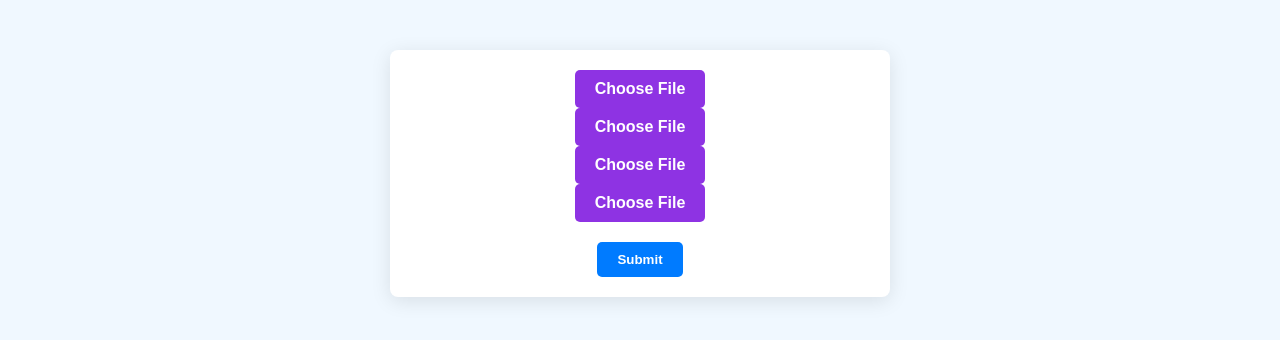
Repository: Muskan1Kumari4draw/React-app-with-concept
Page: /
The author's editor kept a copy of each file at every save. The page is drawn from the files as they stood at one save, then again after the next save.
The browser window is 1280 px wide. The pictures show the whole page.
The project was rebuilt for these pictures with package versions that can differ from the ones it lists, and the page was loaded fresh each time.

Above is the page before, as saved 2024-10-22 11:43:29.

After the next save:
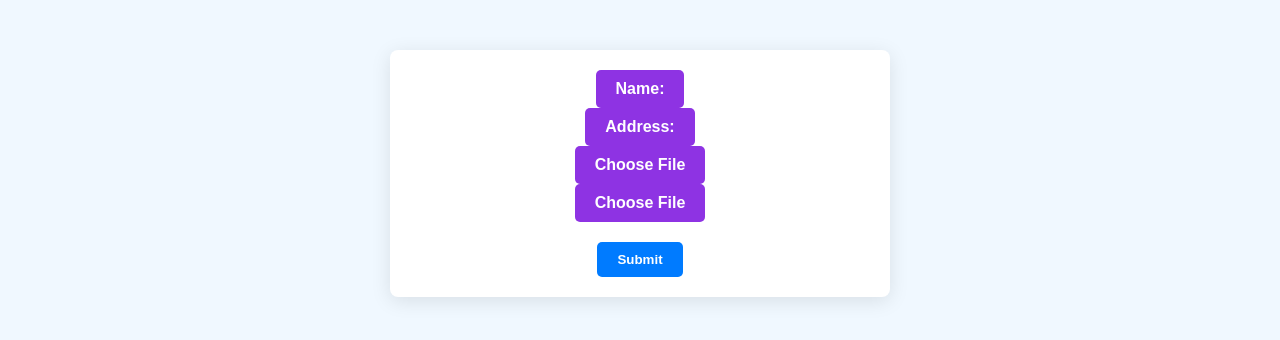
Saved 32 s later.
--- a/src/component/File-upload/FileUpload.js
+++ b/src/component/File-upload/FileUpload.js
@@ -6,9 +6,7 @@ const FileUpload = () => {
     <>
       <div className="container">
         <form className="form-control">
-          <label className="label" htmlFor="file">
-            Choose File
-          </label>
+          <label className="label">Name:</label>
           <input
             className="form-control input"
             type="file"
@@ -16,7 +14,7 @@ const FileUpload = () => {
             name="file"
           />
           <label className="label" htmlFor="file">
-            Choose File
+            Address:
           </label>
           <input
             className="form-control input"
